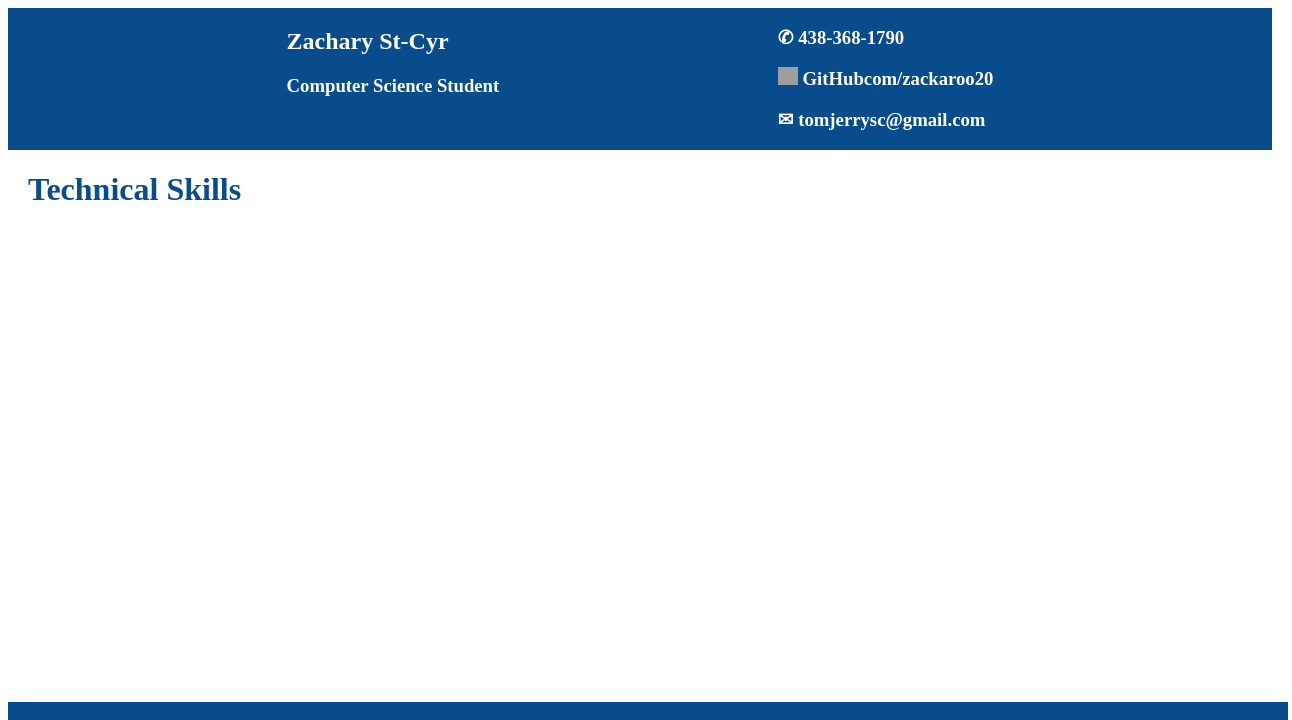
Repository: zackaroo20/Resume-CV
Page: CV.html
The author's editor kept a copy of each file at every save. The page is drawn from the files as they stood at one save, then again after the next save.
The browser window is 1280 px wide. The page is 1292 px wide, so the pictures cover 1292 px, including what lies to the right of the window. The pictures show the whole page.
Pictures or frames that could not be fetched are drawn as grey boxes.

Above is the page before, as saved 2026-03-02 15:49:26.

After the next save:
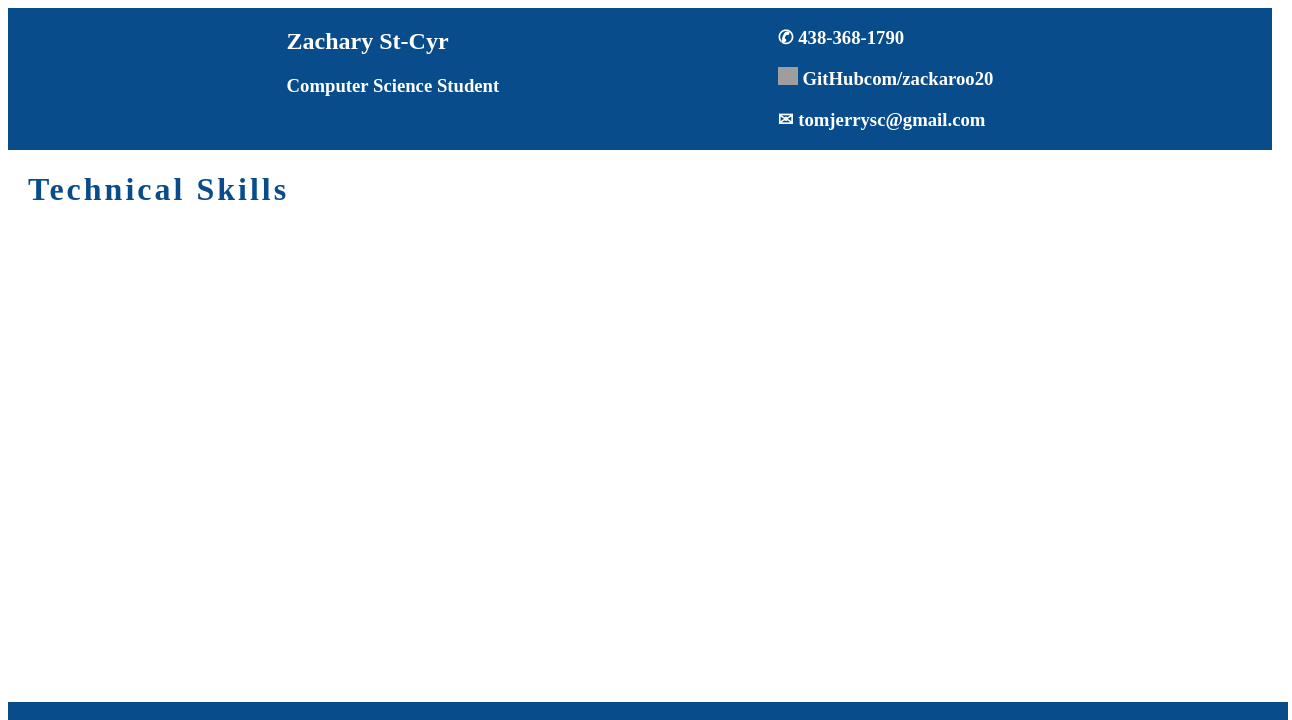
Saved 50 s later.
--- a/CV.css
+++ b/CV.css
@@ -15,6 +15,21 @@ header{
     justify-content: left;
 }
 
+.dash{
+      display: flex;
+  align-items: center;
+  font-weight: bold;
+  letter-spacing: 3px;
+
+
+}
+.dash::after {
+  content: "";
+  flex-grow: 1;
+  height: 3px;
+  background-color: #1f4e79;
+  margin-left: 15px;
+}
 
 img{
 
